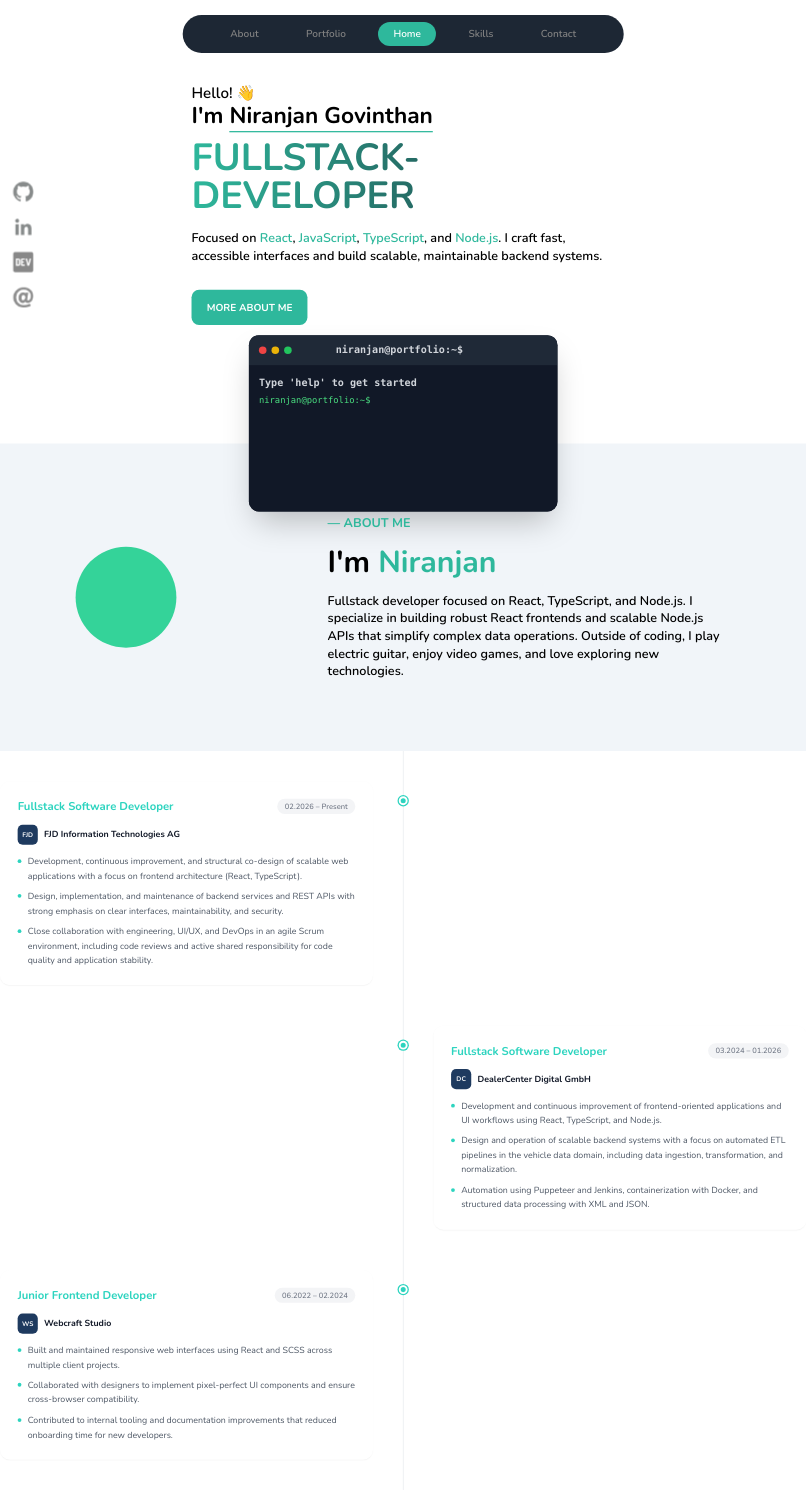
Repository: Niranjan-webdev/My-portfolio
Page: /
These files come from the project's save history. The page is drawn as it stood at one moment and after the next save; the edit follows.
The browser window is 1280 px wide. The pictures show the whole page, at 63% of full size.
The project was rebuilt for these pictures with package versions that can differ from the ones it lists, and the page was loaded fresh each time. Also part of the build but not shown: next.config.mjs.

Above is the page before, as saved 2026-03-21 10:58:04.

### src/index.css

body {

  margin: 0;
  font-family: "Nunito", sans-serif;
  -webkit-font-smoothing: antialiased;
  -moz-osx-font-smoothing: grayscale;
}

code {
  font-family: source-code-pro, Menlo, Monaco, Consolas, 'Courier New',
    monospace;
}

### src/App.js
import logo from './logo.svg';
import './App.css';
import { RiHeartFill } from '@remixicon/react'
import { Topnavbar, MainContainer } from './components';
// import Topnavbar from './components/Topnavbar';

function App() {
  return (
   <>
    <Topnavbar/>
    <MainContainer/>
   </>
  );
}

export default App;

### src/App.css
@import url('https://fonts.googleapis.com/css2?family=Fira+Code:wght@300..700&family=Nunito:ital,wght@0,200..1000;1,200..1000&display=swap');

@tailwind base;
@tailwind components;
@tailwind utilities;


.topbar__wrapper{
    @apply w-full flex justify-center
}
.topbar__content{
    @apply  py-2 bg-[#1d2734] mt-6 px-6 py-[18px] rounded-[30px] w-[700px]
}
.topbar__content ul {
   @apply flex justify-evenly
}
.topbar__content ul li{

}
.topbar__content ul li a{
    @apply  font-semibold py-2 px-6 rounded-full
}
/* .topbar__content ul li a:hover{
    @apply  text-lg
} */
.socialmedia__bar a img{
    @apply opacity-50
}
/* .burgerMenu span{
    @apply
} */

### src/components/index.js
export {default as Topnavbar} from "./Topnavbar"
export {default as MainContainer} from "./MainContainer"
export {default as Terminal} from "./terminal"
export {default as Timeline} from "./timeLine"
export {default as TimelineCard} from "./TimelineCard"

export {default as github} from "../assets/github-logo-dark.png"
export {default as linkedIn} from "../assets/linkedin-logo-dark.png"
export {default as DevTo} from "../assets/devto-logo-light.png"
export {default as mail} from "../assets/mail-logo-dark.5ab6061889d3fa3a24ef.png"

### src/components/Topnavbar.js
import { useState } from 'react'
import React from 'react'
import logo from '../assets/logo.svg'

function Topnavbar() {
    const [activeTab, setActiveTab] = useState('Home')
    const [isMenuOpen, setIsMenuOpen] = useState(false)

    const navItems = ['About', 'Portfolio', 'Home', 'Skills', 'Contact']

    const handleTabClick = (tabName) => {
        setActiveTab(tabName)
        console.log('Active tab changed to:', tabName)
    }
    const handleModal = () => {
        setIsMenuOpen(!isMenuOpen)
    }
    return (
        <>
            <div className='topbar__wrapper'>
                <nav className='topbar__content'>
                    <ul className=''>
                        {navItems.map((item) => (
                            <li key={item}>
                                <a
                                    onClick={() => handleTabClick(item)}
                                    className={`cursor-pointer transition-colors duration-200 ${activeTab === item
                                            ? 'bg-[#2eb89c] text-white font-semibold px-4 py-2 rounded'
                                            : 'text-[#808080] hover:text-[#2eb89c] px-4 py-2'
                                        }`}
                                >
                                    {item}
                                </a>
                            </li>
                        ))}
                    </ul>
                </nav>
            </div>
           {/* <div className='responsive__topbar fixed bg-white z-50'>
                <button className='burgerMenu fixed right-10 top-10 flex flex-col gap-[3px]'
                onClick={handleModal}>
                    <span className={`px-[12px] py-[2px] bg-black w-full rounded transition-transform duration-300
                      ${  isMenuOpen? 'rotate-45 translate-y-1.5' : ''
                    }`}
                   ></span>
                    <span className={`px-[12px] py-[2px] bg-black w-full rounded
                         ${  isMenuOpen? 'opacity-0' : ''
                }`}></span>
                    <span className={`px-[12px] py-[2px] bg-black w-full rounded transition-transform duration-300
                      ${  isMenuOpen? '-rotate-45 -translate-y-1.5' : ''
                    }`}></span>
                </button>
                <ul className={`responsive__content h-screen w-screen flex flex-col items-center justify-evenly
                ${isMenuOpen ? 'h-screen opacity-100' : 'max-h-0 opacity-0'}`}>
                {navItems.map((item) => (
                            <li key={item}>
                                <a
                                    onClick={() => handleTabClick(item)}
                                    className={"text-2xl font-bold"}>
                                    {item}
                                </a>
                            </li>
                        ))}
                </ul>
            </div>  */}
        </>
    )
}

export default Topnavbar

### src/components/MainContainer.js
import React from 'react'
import hero from '../assets/hero.png'
import logoOutline from '../assets/logo-outline.svg'
import dotcircles from '../assets/dotcircles.svg'
import { Terminal, github, linkedIn, mail, DevTo } from "./index"
import TimeLine from './timeLine'
// import OwlCarousel from 'react-owl-carousel';
// import 'owl.carousel/dist/assets/owl.carousel.css';
// import 'owl.carousel/dist/assets/owl.theme.default.css';

function MainContainer() {
    return (
        <>
            {/* Hero Banner start */}
            <section className='w-full'>
                {/* Social media bar */}
                <div className='socialmedia__bar ml-[1.3rem] fixed top-[40%] flex md:flex-col flex-col gap-6 w-[32px]'>
                    <a><img src={github} /></a>
                    <a><img src={linkedIn} /></a>
                    <a><img src={DevTo} /></a>
                    <a><img src={mail} /></a>
                </div>
                {/* Social media bar */}
                <div className='hero__banner h-[calc(100vh-100px)] flex items-center justify-around px-[5rem] py-[3rem] md:flex flex-wrap gap-4'>
                    <div className='banner__content w-3/5'>
                        <h4 className='text-2xl font-semibold'>Hello! 👋</h4>
                        <h2 className='text-4xl mb-4 font-bold'>I'm <span className='border-b-2 border-[#2eb89c]'>Niranjan Govinthan</span></h2>
                        <h1 className='text-6xl mb-6 font-bold bg-gradient-to-r from-[#2eb89c] to-[#1d2734] text-transparent bg-clip-text'>FULLSTACK-DEVELOPER</h1>
                        <p className='text-xl mb-10 font-semibold'>Focused on  <span className='text-[#2eb89c]'>React</span>, <span className='text-[#2eb89c]'>JavaScript</span>, <span className='text-[#2eb89c]'>TypeScript</span>, and <span className='text-[#2eb89c]'>Node.js</span>. I craft fast, accessible interfaces and build scalable, maintainable backend systems.</p>
                        <button className='py-4 px-6 bg-[#2eb89c] hover:bg-[#79cdb9] rounded-[12px] text-white text-base font-bold'>MORE ABOUT ME</button>
                    </div>
                    <Terminal />
                </div>
            </section>
            {/* Hero Banner end */}

            {/* About me */}
            <section className=' about__me flex bg-[#f1f5f9]'>
                <div className='about__container w-full py-[7rem] flex items-center justify-around'>
                    <div className='profile'>
                        <div className='p-20 rounded-full bg-emerald-400'></div>
                    </div>
                    <div className='about__content w-1/2'>
                        <h4 className='text-xl font-bold text-[#2eb89c] mb-6'>— ABOUT ME</h4>
                        <h2 className='text-5xl text-[#2eb89c] mb-6 font-bold'><span className='text-black'>I'm</span> Niranjan</h2>
                        <p className='text-xl font-[600]'>Fullstack developer focused on React, TypeScript, and Node.js. I specialize in building robust React frontends and scalable Node.js APIs that simplify complex data operations. Outside of coding, I play electric guitar, enjoy video games, and love exploring new technologies.</p>
                    </div>
                </div>

            </section>
            <TimeLine/>
            {/* About me */}
        </>
    )
}

export default MainContainer

### src/components/timeLine.js
import React from 'react';
import TimelineCard from './TimelineCard';

const timelineData = [
  {
    date: '02.2026 – Present',
    title: 'Fullstack Software Developer',
    company: 'FJD Information Technologies AG',
    companyInitials: 'FJD',
    bullets: [
      'Development, continuous improvement, and structural co-design of scalable web applications with a focus on frontend architecture (React, TypeScript).',
      'Design, implementation, and maintenance of backend services and REST APIs with strong emphasis on clear interfaces, maintainability, and security.',
      'Close collaboration with engineering, UI/UX, and DevOps in an agile Scrum environment, including code reviews and active shared responsibility for code quality and application stability.',
    ],
    side: 'left',
  },
  {
    date: '03.2024 – 01.2026',
    title: 'Fullstack Software Developer',
    company: 'DealerCenter Digital GmbH',
    companyInitials: 'DC',
    bullets: [
      'Development and continuous improvement of frontend-oriented applications and UI workflows using React, TypeScript, and Node.js.',
      'Design and operation of scalable backend systems with a focus on automated ETL pipelines in the vehicle data domain, including data ingestion, transformation, and normalization.',
      'Automation using Puppeteer and Jenkins, containerization with Docker, and structured data processing with XML and JSON.',
    ],
    side: 'right',
  },
  {
    date: '06.2022 – 02.2024',
    title: 'Junior Frontend Developer',
    company: 'Webcraft Studio',
    companyInitials: 'WS',
    bullets: [
      'Built and maintained responsive web interfaces using React and SCSS across multiple client projects.',
      'Collaborated with designers to implement pixel-perfect UI components and ensure cross-browser compatibility.',
      'Contributed to internal tooling and documentation improvements that reduced onboarding time for new developers.',
    ],
    side: 'left',
  },
];

function TimeLine() {
  return (
    <div className="relative w-full py-12">
      {/* Central vertical line */}
      <div className="absolute left-1/2 top-0 bottom-0 w-px bg-gray-200 -translate-x-1/2" />

      <div className="flex flex-col gap-16 relative">
        {timelineData.map((item, i) => (
          <TimelineCard key={i} item={item} />
        ))}
      </div>
    </div>
  );
}

export default TimeLine;

### src/components/TimelineCard.js
import React from 'react';

function TimelineCard({ item }) {
    const isLeft = item.side === 'left';

    const Card = (
      <div className="bg-white rounded-2xl p-7 shadow-sm hover:shadow-md transition-shadow duration-200">
        {/* Header: title + date badge */}
        <div className="flex items-start justify-between gap-3 flex-wrap mb-4">
          <h3 className="text-[#2dd4bf] font-bold text-lg leading-snug m-0">
            {item.title}
          </h3>
          <span className="bg-gray-100 text-gray-500 text-xs font-medium px-3 py-1 rounded-full whitespace-nowrap shrink-0">
            {item.date}
          </span>
        </div>

        {/* Company */}
        <div className="flex items-center gap-2.5 mb-4">
          <div className="w-8 h-8 rounded-lg bg-[#1e3a5f] text-white text-[0.65rem] font-bold flex items-center justify-center tracking-wide shrink-0">
            {item.companyInitials}
          </div>
          <span className="text-sm font-bold text-gray-900">{item.company}</span>
        </div>

        {/* Bullets */}
        <ul className="flex flex-col gap-2.5 p-0 m-0 list-none">
          {item.bullets.map((b, i) => (
            <li key={i} className="flex gap-2.5 text-sm text-gray-600 leading-relaxed">
              <span className="w-1.5 h-1.5 rounded-full bg-[#2dd4bf] shrink-0 mt-[7px]" />
              <span>{b}</span>
            </li>
          ))}
        </ul>
      </div>
    );

    return (
      <div className="grid grid-cols-[1fr_48px_1fr] items-start relative">
        {isLeft ? (
          <>
            <div className="pr-6">{Card}</div>
            <div className="flex justify-center pt-6 z-10">
              <div className="w-3.5 h-3.5 rounded-full bg-[#2dd4bf] border-[3px] border-white ring-2 ring-[#2dd4bf] shrink-0" />
            </div>
            <div />
          </>
        ) : (
          <>
            <div />
            <div className="flex justify-center pt-6 z-10">
              <div className="w-3.5 h-3.5 rounded-full bg-[#2dd4bf] border-[3px] border-white ring-2 ring-[#2dd4bf] shrink-0" />
            </div>
            <div className="pl-6">{Card}</div>
          </>
        )}
      </div>
    );
  }

  export default TimelineCard;

### tailwind.config.js
/** @type {import('tailwindcss').Config} */
module.exports = {
  content: [
    "./src/**/*.{js,jsx,ts,tsx}",
  ],
  theme: {
    container: {
      margin: "3rem",
    },
    extend: {},
  },
  plugins: [],
}

Loaded but not shown: public/index.html (common file); src/index.js (common file); src/reportWebVitals.js (common file); src/components/terminal.js (269 lines, source omitted)

After the next save:
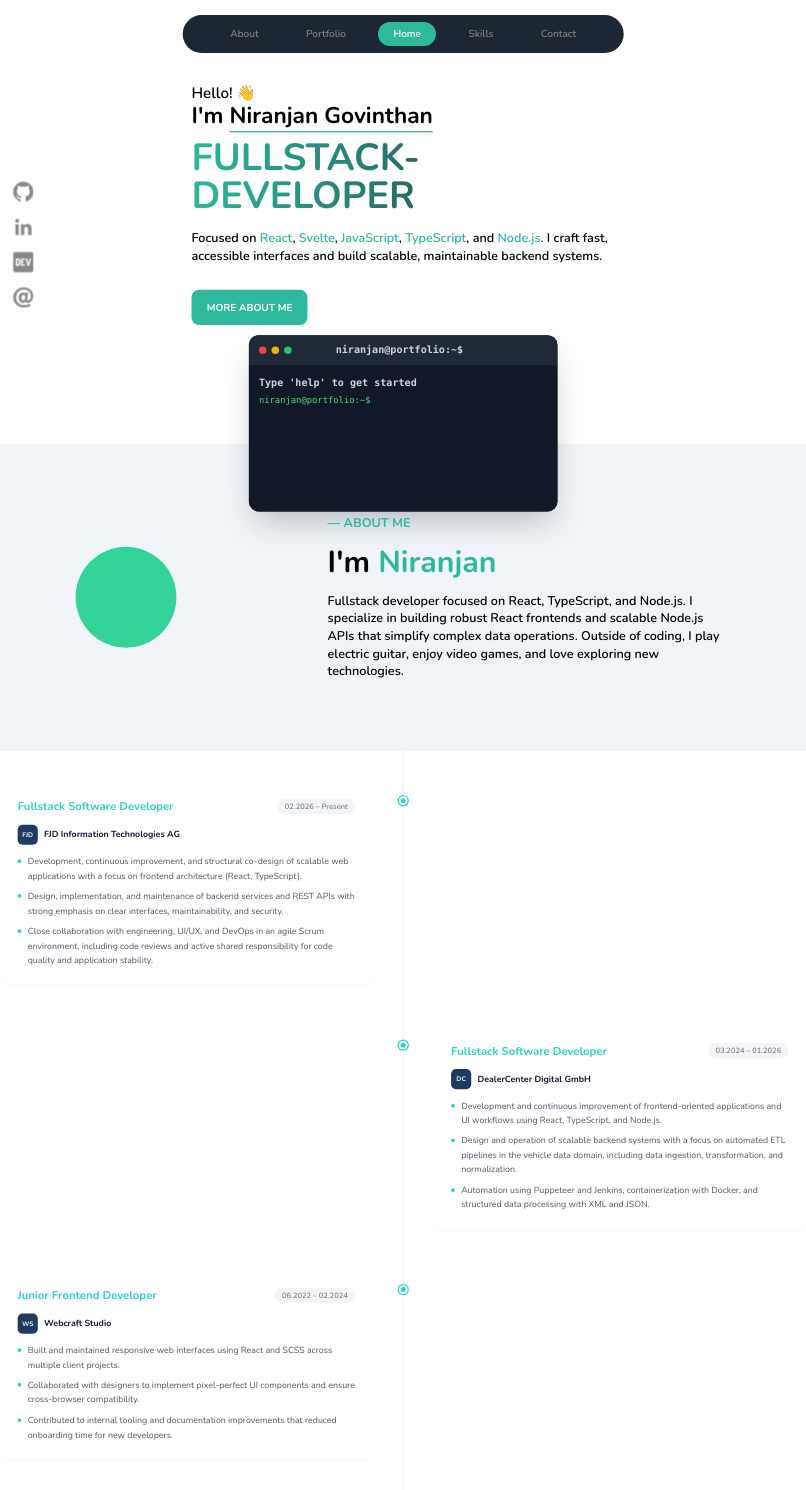
Saved 27 s later.
--- a/src/components/MainContainer.js
+++ b/src/components/MainContainer.js
@@ -26,7 +26,7 @@ function MainContainer() {
                         <h4 className='text-2xl font-semibold'>Hello! 👋</h4>
                         <h2 className='text-4xl mb-4 font-bold'>I'm <span className='border-b-2 border-[#2eb89c]'>Niranjan Govinthan</span></h2>
                         <h1 className='text-6xl mb-6 font-bold bg-gradient-to-r from-[#2eb89c] to-[#1d2734] text-transparent bg-clip-text'>FULLSTACK-DEVELOPER</h1>
-                        <p className='text-xl mb-10 font-semibold'>Focused on  <span className='text-[#2eb89c]'>React</span>, <span className='text-[#2eb89c]'>JavaScript</span>, <span className='text-[#2eb89c]'>TypeScript</span>, and <span className='text-[#2eb89c]'>Node.js</span>. I craft fast, accessible interfaces and build scalable, maintainable backend systems.</p>
+                        <p className='text-xl mb-10 font-semibold'>Focused on  <span className='text-[#2eb89c]'>React</span>,  <span className='text-[#2eb89c]'>Svelte</span>, <span className='text-[#2eb89c]'>JavaScript</span>, <span className='text-[#2eb89c]'>TypeScript</span>, and <span className='text-[#2eb89c]'>Node.js</span>. I craft fast, accessible interfaces and build scalable, maintainable backend systems.</p>
                         <button className='py-4 px-6 bg-[#2eb89c] hover:bg-[#79cdb9] rounded-[12px] text-white text-base font-bold'>MORE ABOUT ME</button>
                     </div>
                     <Terminal />
